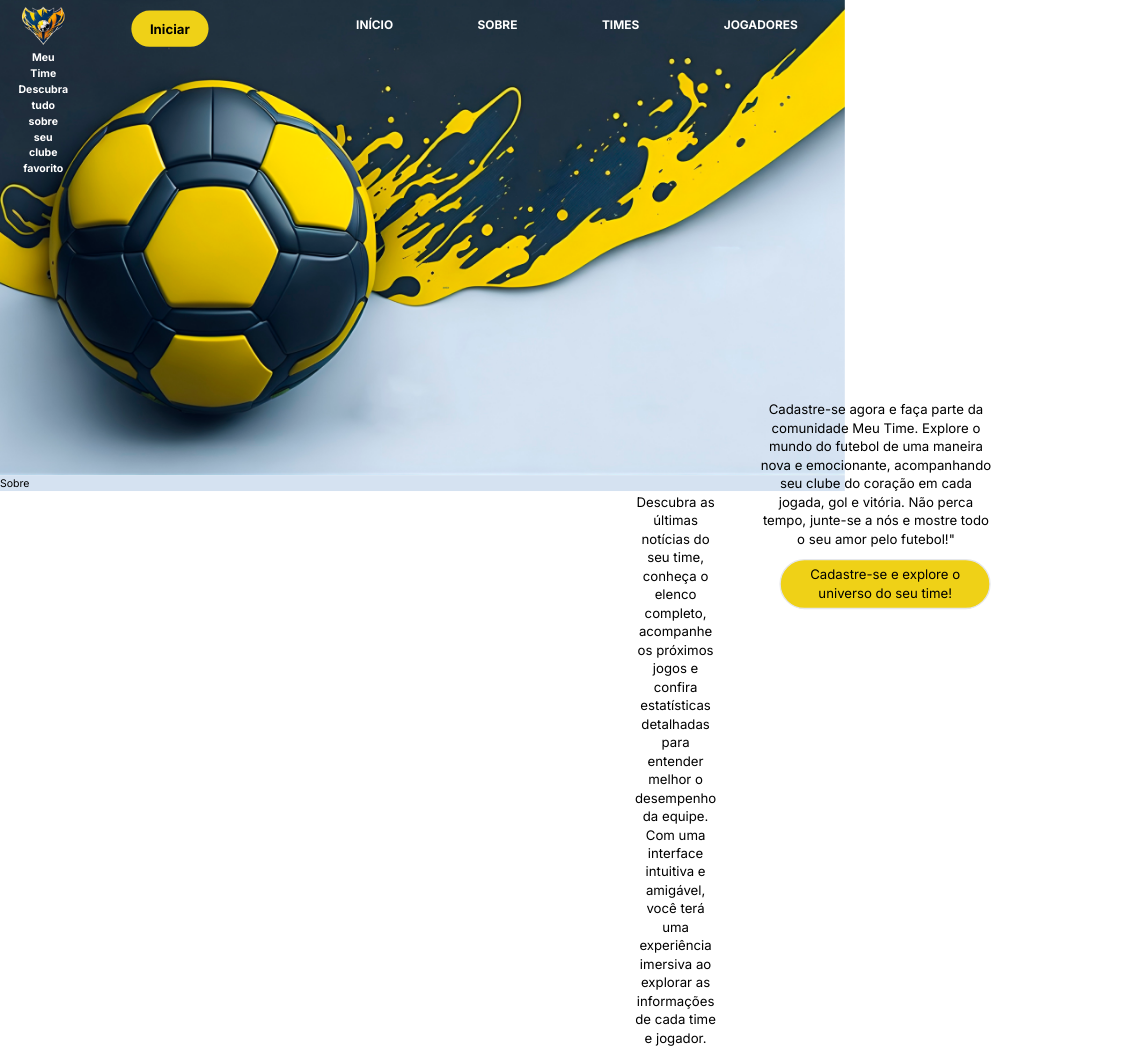
Repository: LuizAGDomingues/MeuTimeApp
Page: /
The author's editor kept a copy of each file at every save. The page is drawn from the files as they stood at one save, then again after a run of saves.
The browser window is 1280 px wide. The page is 1725 px wide, so the pictures cover 1725 px, including what lies to the right of the window. The pictures show the whole page, at 66% of full size.
The project was rebuilt for these pictures with package versions that can differ from the ones it lists, and the page was loaded fresh each time. The framework's server and built-in components were replaced by stand-ins that run in the browser. Also part of the build but not shown: next.config.js.

Above is the page before, as saved 2023-05-22 14:03:08.

### src/app/layout.tsx
import './globals.css'
import { Inter } from 'next/font/google'

const inter = Inter({ subsets: ['latin'] })

export const metadata = {
  title: 'Trade test - Football API',
  description: 'Test para vaga front-end da Trade Technology',
}

export default function RootLayout({
  children,
}: {
  children: React.ReactNode
}) {
  return (
    <html lang="pt-br">
      <body className={inter.className}>{children}</body>
    </html>
  )
}

### src/app/page.tsx
import Header from "@/components/Header";
import LoginDialog from "@/components/LoginDialog";

export default function Home() {
  return (
    <>
      <main className="w-full h-screen">
        <Header />
        <div className="flex">
          <p className="text-xl text-center w-[410px] ml-[962px] mt-[480px]">Descubra as últimas notícias do seu time, conheça o elenco completo, acompanhe os próximos jogos e confira estatísticas detalhadas para entender melhor o desempenho da equipe. Com uma interface intuitiva e amigável, você terá uma experiência imersiva ao explorar as informações de cada time e jogador.</p>
          <div className="flex flex-col">
            <p className="text-xl text-center w-[356px] ml-16 mt-[340px]">Cadastre-se agora e faça parte da comunidade Meu Time. Explore o mundo do futebol de uma maneira nova e emocionante, acompanhando seu clube do coração em cada jogada, gol e vitória. Não perca tempo, junte-se a nós e mostre todo o seu amor pelo futebol!"</p>
            <LoginDialog text="Cadastre-se e explore o universo do seu time!" className="font-normal w-80 text-base border-2"/>
          </div>
        </div>
      </main>
      <section id="sobre" className="bg-[#d5e2f1]">
        Sobre
      </section>
    </>
  )
}

### src/app/globals.css
@tailwind base;
@tailwind components;
@tailwind utilities;

main {
  background-image: url('../assets/background.png');
  background-size: cover;
  background-repeat: no-repeat;
}

### src/components/Header.tsx
import React from 'react'
import LoginDialog from './LoginDialog'
import logo from '../assets/logo.png'
import Image from 'next/image'
import NavigationElement from './NavigationElement'

function Header() {
  return (
    <div className='flex'>
      <div className='flex flex-col items-center ml-7'>
        <Image src={logo} alt='Logo exemplo'/>
        <span className='text-white font-bold text-center'>Meu Time<br/>Descubra tudo sobre seu clube favorito</span>
      </div>
      <LoginDialog text='Iniciar' className='h-[55px]' />
      <div className='flex justify-between gap-32 mt-6 h-7'>
        <NavigationElement href='/' text='Início' />
        <NavigationElement href='/#sobre' text='Sobre' />
        <NavigationElement href='/times' text='Times' />
        <NavigationElement href='/jogadores' text='Jogadores' />
        <NavigationElement href='/estatisticas' text='Estatísticas' />
      </div>

    </div>
  )
}

export default Header

### src/components/LoginDialog.tsx
import React from 'react'

interface LoginDialogProps {
  className?: string,
  text: string
}

function LoginDialog(props: LoginDialogProps) {
  return (
    <button className={`bg-[#EFD117] rounded-full mt-4 ml-24 mr-56 px-7 py-2 text-black font-bold text-xl ${props.className}`}>{props.text}</button>
  )
}

export default LoginDialog

### src/components/NavigationElement.tsx
import Link from 'next/link'
import React from 'react'

interface NavigationElementProps {
  href: string;
  text: string;
}

export default function NavigationElement(props: NavigationElementProps) {
  return (
    <Link href={props.href} className='font-bold text-lg text-white uppercase hover:text-[#EFD117] transition-all'>{props.text}</Link>
  )
}

Loaded but not shown: tailwind.config.js (common file)

After the next 2 saves:
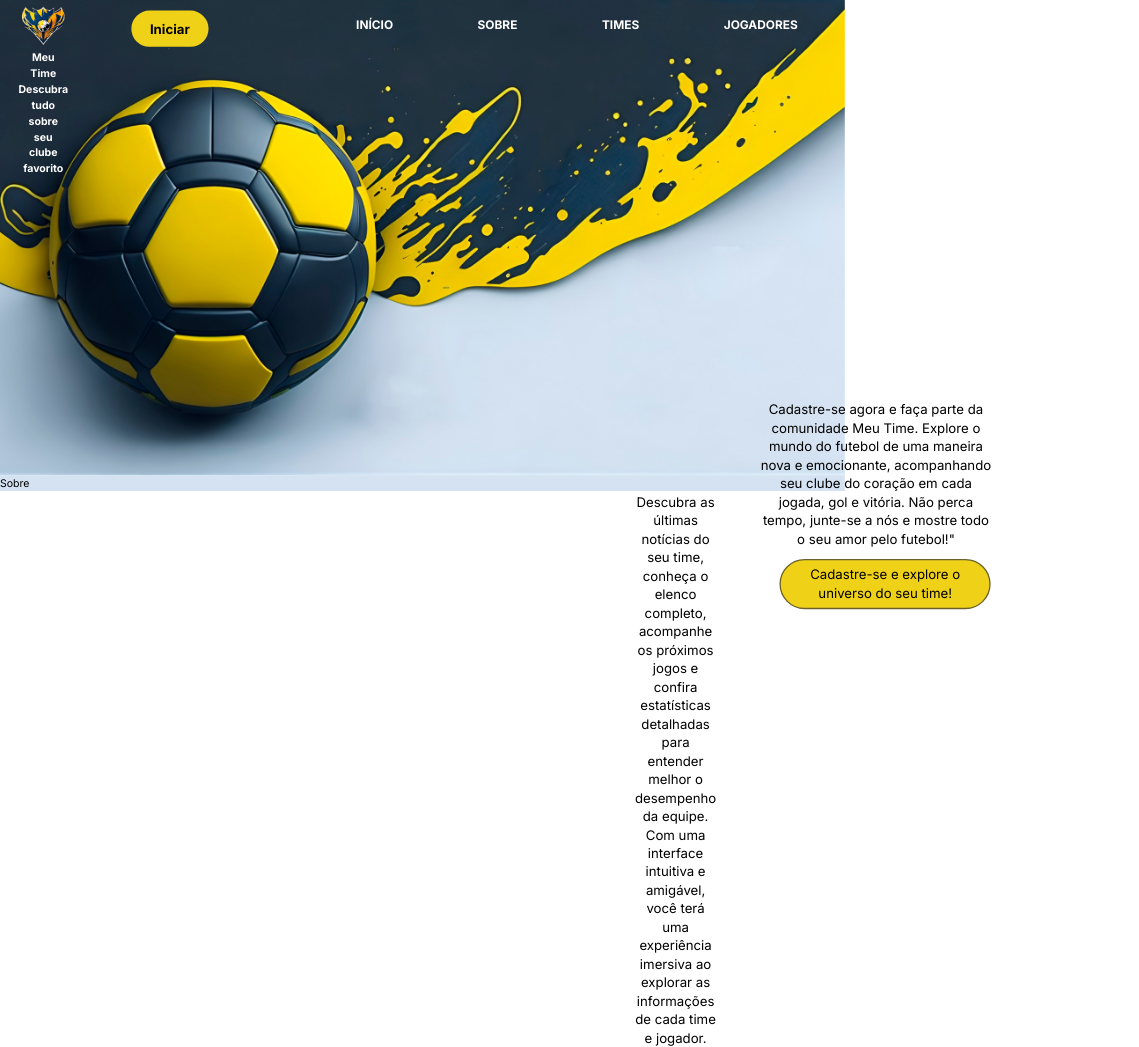
The 2 saves are shown as one change because they came seconds apart.
The last was saved 6 s later.
--- a/src/app/page.tsx
+++ b/src/app/page.tsx
@@ -10,7 +10,7 @@
           <p className="text-xl text-center w-[410px] ml-[962px] mt-[480px]">Descubra as últimas notícias do seu time, conheça o elenco completo, acompanhe os próximos jogos e confira estatísticas detalhadas para entender melhor o desempenho da equipe. Com uma interface intuitiva e amigável, você terá uma experiência imersiva ao explorar as informações de cada time e jogador.</p>
           <div className="flex flex-col">
             <p className="text-xl text-center w-[356px] ml-16 mt-[340px]">Cadastre-se agora e faça parte da comunidade Meu Time. Explore o mundo do futebol de uma maneira nova e emocionante, acompanhando seu clube do coração em cada jogada, gol e vitória. Não perca tempo, junte-se a nós e mostre todo o seu amor pelo futebol!"</p>
-            <LoginDialog text="Cadastre-se e explore o universo do seu time!" className="font-normal w-80 text-base border-2"/>
+            <LoginDialog text="Cadastre-se e explore o universo do seu time!" className="font-normal w-80 text-base border-2 border-[#6B622B]"/>
           </div>
         </div>
       </main>
